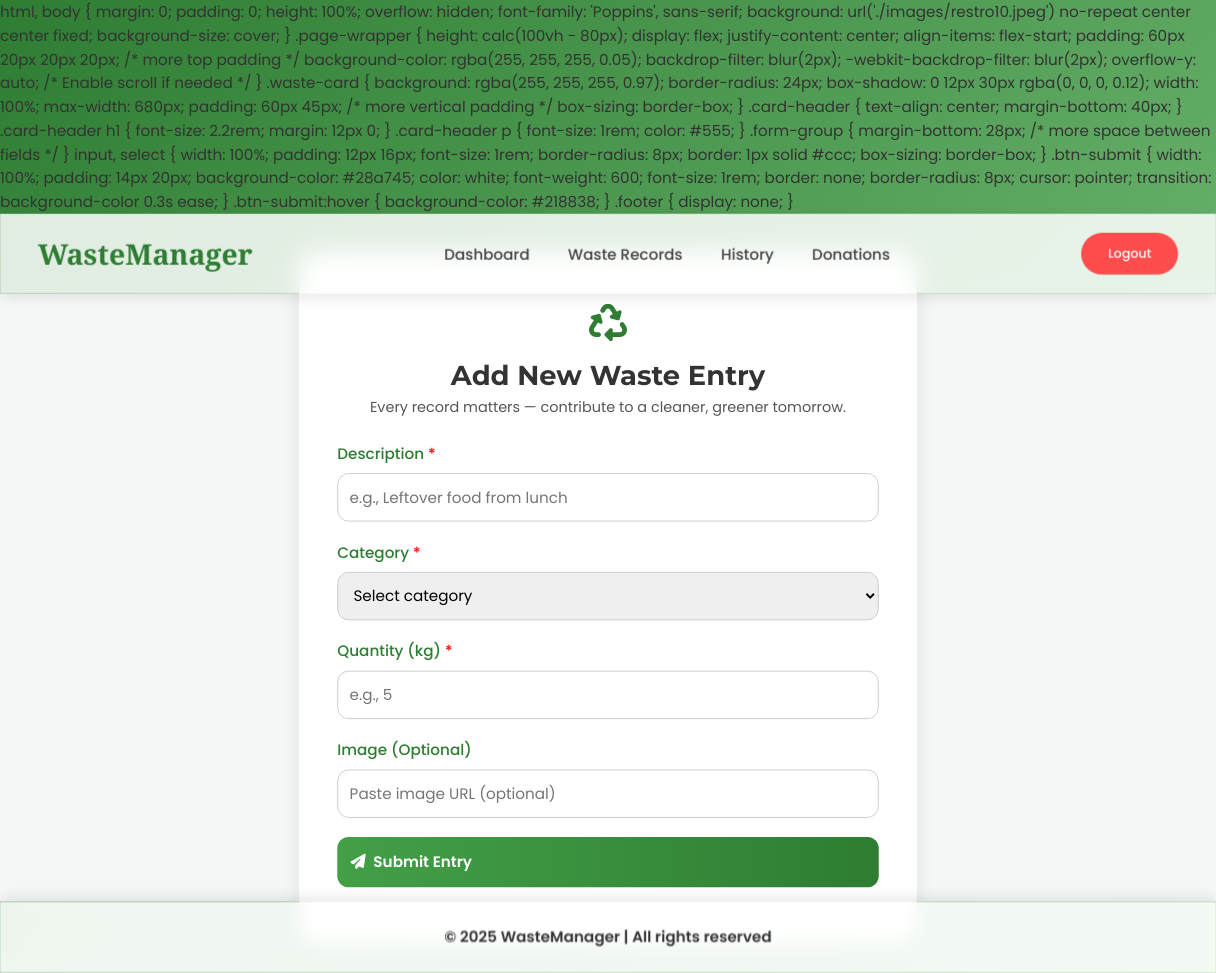
Repository: mahekagrawal25/restaurant-waste-management
Page: frontend/addwaste.html
An editor plug-in stored every save of this project. The page is shown before and after a run of saves, followed by the edit.
The browser window is 1280 px wide. The pictures show the whole page, at 95% of full size.
An inner scrolling area shows only its first screen.

Above is the page before, as saved 2025-04-07 11:59:59.

### frontend/addwaste.html
<!DOCTYPE html>
<html lang="en">
  <head>
    <meta charset="UTF-8" />
    <meta name="viewport" content="width=device-width, initial-scale=1.0" />
    <title>Add Waste - WasteManager</title>
    <link rel="stylesheet" href="style.css" />
    <script src="script.js" defer></script>
    <link
      rel="stylesheet"
      href="https://cdnjs.cloudflare.com/ajax/libs/font-awesome/6.4.0/css/all.min.css"
    />
    <link
      href="https://fonts.googleapis.com/css2?family=Poppins:wght@400;500;600&family=Montserrat:wght@700&display=swap"
      rel="stylesheet"
    />














    html, body {
  margin: 0;
  padding: 0;
  height: 100%;
  overflow: hidden;
  font-family: 'Poppins', sans-serif;
  background: url('./images/restro10.jpeg') no-repeat center center fixed;
  background-size: cover;
}

.page-wrapper {
  height: calc(100vh - 80px);
  display: flex;
  justify-content: center;
  align-items: flex-start;
  padding: 60px 20px 20px 20px; /* more top padding */
  background-color: rgba(255, 255, 255, 0.05);
  backdrop-filter: blur(2px);
  -webkit-backdrop-filter: blur(2px);
  overflow-y: auto; /* Enable scroll if needed */
}

.waste-card {
  background: rgba(255, 255, 255, 0.97);
  border-radius: 24px;
  box-shadow: 0 12px 30px rgba(0, 0, 0, 0.12);
  width: 100%;
  max-width: 680px;
  padding: 60px 45px; /* more vertical padding */
  box-sizing: border-box;
}

.card-header {
  text-align: center;
  margin-bottom: 40px;
}

.card-header h1 {
  font-size: 2.2rem;
  margin: 12px 0;
}

.card-header p {
  font-size: 1rem;
  color: #555;
}

.form-group {
  margin-bottom: 28px; /* more space between fields */
}

input, select {
  width: 100%;
  padding: 12px 16px;
  font-size: 1rem;
  border-radius: 8px;
  border: 1px solid #ccc;
  box-sizing: border-box;
}

.btn-submit {
  width: 100%;
  padding: 14px 20px;
  background-color: #28a745;
  color: white;
  font-weight: 600;
  font-size: 1rem;
  border: none;
  border-radius: 8px;
  cursor: pointer;
  transition: background-color 0.3s ease;
}

.btn-submit:hover {
  background-color: #218838;
}

.footer {
  display: none;
}
</style>




  </head>
  <body>
    <header class="navbar">
      <div class="nav-container">
        <div class="logo">WasteManager</div>
        <nav>
          <a href="dashboard.html">Dashboard</a>
          <a href="waste-records.html" class="active">Waste Records</a>
          <a href="history.html">History</a>
          <a href="donations.html">Donations</a>
        </nav>
        <button id="logoutBtn" class="btn-logout">Logout</button>
      </div>
    </header>

    <div class="page-wrapper">
      <div class="waste-card">
        <div class="card-header">
          <i class="fas fa-recycle"></i>
          <h1>Add New Waste Entry</h1>
          <p>
            Every record matters — contribute to a cleaner, greener tomorrow.
          </p>
        </div>

        <form id="addWasteForm" class="waste-form">
          <div class="form-group">
            <label for="description">Description <span>*</span></label>
            <input
              type="text"
              id="description"
              name="description"
              required
              placeholder="e.g., Leftover food from lunch"
            />
          </div>

          <div class="form-group">
            <label for="category">Category <span>*</span></label>
            <select id="category" name="category" required>
              <option value="">Select category</option>
              <option value="Plastic">Plastic</option>
              <option value="Food">Food</option>
              <option value="Cardboard">Cardboard</option>
              <option value="Glass">Glass</option>
              <option value="Other">Other</option>
            </select>
          </div>

          <div class="form-group">
            <label for="quantity">Quantity (kg) <span>*</span></label>
            <input
              type="number"
              id="quantity"
              name="quantity"
              min="1"
              required
              placeholder="e.g., 5"
            />
          </div>

          <div class="form-group">
            <label for="image_url">Image (Optional)</label>
            <input
              type="url"
              id="image_url"
              name="image_url"
              placeholder="Paste image URL (optional)"
            />
          </div>

          <button type="submit" class="btn-submit">
            <i class="fas fa-paper-plane"></i> Submit Entry
          </button>
        </form>
      </div>
    </div>

    <footer class="footer">
      <p>&copy; 2025 WasteManager | All rights reserved</p>
    </footer>
  </body>
</html>

### frontend/style.css
/* ✅ General Styles */
* {
  margin: 0;
  padding: 0;
  box-sizing: border-box;
  font-family: 'Poppins', sans-serif;
}

body {
  background: linear-gradient(135deg, #2e7d32, #81c784);
  color: #333;
  min-height: 100vh;
  display: flex;
  flex-direction: column;
}

/* ✅ Navigation Bar */
.navbar {
  background: rgba(255, 255, 255, 0.85);
  backdrop-filter: blur(12px);
  box-shadow: 0 4px 15px rgba(0, 0, 0, 0.1);
  padding: 20px 40px;
  position: sticky;
  top: 0;
  z-index: 1000;
}

.nav-container {
  display: flex;
  justify-content: space-between;
  align-items: center;
  max-width: 1300px;
  margin: 0 auto;
}

.navbar .logo {
  font-size: 30px;
  font-weight: bold;
  color: #2e7d32;
  font-family: 'Georgia', serif;
}

nav a {
  margin: 0 18px;
  text-decoration: none;
  color: #444;
  font-weight: 500;
  transition: color 0.3s, transform 0.3s;
}

nav a:hover {
  color: #2e7d32;
  transform: scale(1.1);
}

.btn-logout {
  background: #ff4c4c;
  color: #fff;
  border: none;
  padding: 12px 28px;
  border-radius: 30px;
  cursor: pointer;
  font-weight: 500;
  transition: background 0.3s, transform 0.3s;
}

.btn-logout:hover {
  background: #e03c3c;
  transform: scale(1.05);
}

/* ✅ Main Content */
.container {
  width: 90%;
  max-width: 1300px;
  margin: 50px auto;
  flex: 1;
}

/* ✅ Welcome Section */
.welcome-section {
  text-align: center;
  margin-bottom: 70px;
}

.welcome-section h1 {
  font-size: 48px;
  color: #fff;
  margin-bottom: 12px;
  font-weight: 700;
  font-family: 'Cambria', serif;
}

.welcome-section p {
  font-size: 20px;
  color: #f0f0f0;
  opacity: 0.9;
}

/* ✅ Quick Actions Grid */
.actions-grid {
  display: grid;
  grid-template-columns: repeat(auto-fit, minmax(280px, 1fr));
  gap: 35px;
  margin-bottom: 70px;
}

.action-card {
  background: rgba(255, 255, 255, 0.85);
  backdrop-filter: blur(12px);
  border-radius: 20px;
  box-shadow: 0 10px 25px rgba(0, 0, 0, 0.1);
  padding: 35px;
  text-align: center;
  transition: transform 0.4s, box-shadow 0.4s;
  cursor: pointer;
}

.action-card:hover {
  transform: translateY(-12px);
  box-shadow: 0 14px 30px rgba(0, 0, 0, 0.2);
}

.action-card i {
  font-size: 52px;
  color: #2e7d32;
  margin-bottom: 25px;
}

.action-card h3 {
  font-size: 26px;
  color: #333;
  margin-bottom: 12px;
  font-weight: 700;
}

.action-card p {
  font-size: 18px;
  color: #555;
  opacity: 0.85;
}

/* ✅ Recent Activities */
.recent-activities {
  background: rgba(255, 255, 255, 0.9);
  padding: 35px;
  border-radius: 20px;
  box-shadow: 0 10px 25px rgba(0, 0, 0, 0.1);
}

.recent-activities h2 {
  font-size: 30px;
  margin-bottom: 25px;
  font-weight: 700;
  color: #333;
}

.activities-container {
  max-height: 350px;
  overflow-y: auto;
  padding: 15px;
}

.activities-container p {
  font-size: 18px;
  color: #555;
  opacity: 0.9;
}

/* ✅ Footer */
.footer {
  background: rgba(255, 255, 255, 0.9);
  backdrop-filter: blur(10px);
  color: #333;
  text-align: center;
  padding: 25px;
  box-shadow: 0 -5px 15px rgba(0, 0, 0, 0.1);
  font-weight: 600;
  font-size: 16px;
}





/* Activities Table Styles */
.activities-table-container {
  overflow-x: auto;
  margin-top: 1rem;
  background: white;
  border-radius: 8px;
  box-shadow: 0 2px 10px rgba(0,0,0,0.1);
  padding: 1rem;
}

#activitiesTable {
  width: 100%;
  border-collapse: collapse;
}

#activitiesTable th, #activitiesTable td {
  padding: 12px 15px;
  text-align: left;
  border-bottom: 1px solid #e0e0e0;
}

#activitiesTable th {
  background-color: #f5f5f5;
  font-weight: 600;
}

#activitiesTable tr:hover {
  background-color: #f9f9f9;
}

.btn-view-all {
  display: block;
  margin: 1rem auto 0;
  padding: 8px 16px;
  background: #4CAF50;
  color: white;
  border: none;
  border-radius: 4px;
  cursor: pointer;
}

.btn-view-all:hover {
  background: #45a049;
}




/* Activities Table Styles */
.activities-table-container {
  overflow-x: auto;
  margin-top: 1rem;
  background: white;
  border-radius: 8px;
  box-shadow: 0 2px 10px rgba(0,0,0,0.1);
  padding: 1rem;
}

#activitiesTable {
  width: 100%;
  border-collapse: collapse;
  font-size: 0.9rem;
}

#activitiesTable th {
  background-color: #f8f9fa;
  padding: 12px 15px;
  text-align: left;
  font-weight: 600;
}

#activitiesTable td {
  padding: 10px 15px;
  border-bottom: 1px solid #e9ecef;
}

.loading, .error {
  text-align: center;
  padding: 20px;
}

.loading {
  color: #6c757d;
}

.error {
  color: #dc3545;
}













.page-header {
  text-align: center;
  margin-top: 40px;
}

.page-header h1 {
  font-family: 'Montserrat', sans-serif;
  font-size: 2rem;
  color: #2e7d32;
}

.page-header p {
  font-size: 1rem;
  color: #555;
  margin-top: 8px;
}

.form-section {
  max-width: 600px;
  margin: 30px auto;
  background: #f9fff9;
  padding: 30px;
  border-radius: 16px;
  box-shadow: 0 6px 18px rgba(0, 0, 0, 0.06);
}

.waste-form .form-group {
  margin-bottom: 20px;
}

.waste-form label {
  display: block;
  font-weight: 500;
  margin-bottom: 8px;
}

.waste-form label span {
  color: red;
}

.waste-form input,
.waste-form select {
  width: 100%;
  padding: 12px 14px;
  font-size: 1rem;
  border: 1px solid #ccc;
  border-radius: 12px;
  outline: none;
  transition: border 0.3s ease;
}

.waste-form input:focus,
.waste-form select:focus {
  border-color: #4caf50;
}

.btn-submit {
  background-color: #4caf50;
  color: #fff;
  padding: 12px 20px;
  border: none;
  border-radius: 12px;
  cursor: pointer;
  font-weight: 600;
  font-size: 1rem;
  transition: background-color 0.3s ease;
  display: flex;
  align-items: center;
  gap: 8px;
}

.btn-submit:hover {
  background-color: #388e3c;
}




/* Hero Section */
.hero-header {
  background: linear-gradient(to right, #43a047, #2e7d32);
  color: white;
  padding: 60px 20px 40px;
  text-align: center;
  border-bottom-left-radius: 40px;
  border-bottom-right-radius: 40px;
  box-shadow: 0 8px 20px rgba(0, 0, 0, 0.1);
}

.hero-content i {
  font-size: 3rem;
  margin-bottom: 10px;
  animation: bounce 1s ease-in-out infinite alternate;
}

.hero-content h1 {
  font-family: 'Montserrat', sans-serif;
  font-size: 2.5rem;
  margin: 0;
}

.hero-content p {
  font-size: 1.1rem;
  margin-top: 10px;
  color: #e0f2f1;
}

/* Animation for Icon */
@keyframes bounce {
  0% { transform: translateY(0); }
  100% { transform: translateY(-5px); }
}


/* Make entire page fit on screen */
.page-wrapper {
  display: flex;
  justify-content: center;
  align-items: center;
  height: calc(100vh - 80px); /* Adjust for header/footer */
  padding: 20px;
  background-color: #f4f7f6;
}

/* Unified Card */
.waste-card {
  background: rgba(255, 255, 255, 0.98);
  border-radius: 20px;
  box-shadow: 0 8px 24px rgba(0, 0, 0, 0.08);
  width: 100%;
  max-width: 650px;

  /* Updated padding */
  padding: 60px 40px;
  box-sizing: border-box;
}

/* Header Inside Card */
.card-header {
  text-align: center;
  margin-bottom: 25px;
}

.card-header i {
  font-size: 2.5rem;
  color: #2e7d32;
  animation: bounce 1s infinite alternate;
}

.card-header h1 {
  margin: 10px 0 5px;
  font-family: 'Montserrat', sans-serif;
  font-size: 1.8rem;
}

.card-header p {
  font-size: 0.95rem;
  color: #555;
}

/* Form Fields */
.waste-form .form-group {
  margin-bottom: 20px;
}

.waste-form label {
  display: block;
  margin-bottom: 8px;
  font-weight: 500;
  color: #2e7d32;
}

.waste-form input,
.waste-form select {
  width: 100%;
  padding: 12px;
  border: 1px solid #ccc;
  border-radius: 12px;
  font-size: 1rem;
  transition: border 0.3s ease;
}

.waste-form input:focus,
.waste-form select:focus {
  border-color: #2e7d32;
  outline: none;
}

/* Submit Button */
.btn-submit {
  width: 100%;
  background: linear-gradient(to right, #43a047, #2e7d32);
  color: white;
  padding: 14px;
  font-size: 1rem;
  border: none;
  border-radius: 12px;
  cursor: pointer;
  transition: background 0.3s ease;
}

.btn-submit:hover {
  background: linear-gradient(to right, #388e3c, #1b5e20);
}

/* Icon Animation */
@keyframes bounce {
  0% { transform: translateY(0); }
  100% { transform: translateY(-5px); }
}

### frontend/script.js
// 🌟 DOMContentLoaded event
document.addEventListener("DOMContentLoaded", () => {
  const token = localStorage.getItem("token");
  const userName = localStorage.getItem("username") || "User";
  const isDashboard = window.location.pathname.includes("dashboard.html");
  const isLogin = window.location.pathname.includes("index.html");

  // ✅ Display username dynamically
  const userNameElement = document.getElementById("userName");
  if (userNameElement) userNameElement.textContent = userName;

  // ✅ Redirect logic based on token
  handleRedirection(token, isDashboard, isLogin);

  // ✅ Load dashboard data if logged in
  if (isDashboard && token) {
    loadDashboardData(token);
  }
});

// 🚀 Reusable redirection handler
function handleRedirection(token, isDashboard, isLogin) {
  if (!token && isDashboard) {
    console.log("No token, redirecting to login...");
    window.location.href = "index.html";
  } else if (token && isLogin) {
    console.log("User already logged in, redirecting to dashboard...");
    window.location.href = "dashboard.html";
  }
}

// 🔥 Load dashboard data with error handling
async function loadDashboardData(token) {
  const activitiesTableBody = document.getElementById("activitiesTableBody");

  if (!activitiesTableBody) {
    console.error("Error: Couldn't find the activities table");
    return;
  }

  try {
    // Show loading state
    activitiesTableBody.innerHTML = `
      <tr>
        <td colspan="5" class="loading">Loading activities...</td>
      </tr>
    `;

    // Fetch combined activities
    const response = await fetch("http://localhost:5000/api/auth/dashboard/activities", {
      method: "GET",
      headers: { Authorization: `Bearer ${token}` }
    });

    if (!response.ok) throw new Error(`HTTP error! status: ${response.status}`);

    const activities = await response.json();

    // Clear loading state
    activitiesTableBody.innerHTML = "";

    // Process and display activities
    if (activities.length === 0) {
      activitiesTableBody.innerHTML = `
        <tr>
          <td colspan="5">No recent activities found</td>
        </tr>
      `;
      return;
    }

    activities.forEach(activity => {
      const row = document.createElement("tr");

      // Common fields
      const date = new Date(activity.created_at).toLocaleDateString();

      // Type-specific rendering
      if (activity.type === 'waste') {
        row.innerHTML = `
          <td>🗑️ Waste</td>
          <td>${activity.description}</td>
          <td>${activity.category}</td>
          <td>${activity.quantity} ${activity.category === 'Food' ? 'kg' : 'units'}</td>
          <td>${date}</td>
        `;
      }
      else if (activity.type === 'donation') {
        row.innerHTML = `
          <td>♻️ Donation</td>
          <td>${activity.description}</td>
          <td>Donor: ${activity.donor_name}</td>
          <td>${activity.quantity} items</td>
          <td>${date}</td>
        `;
      }
      else if (activity.type === 'collection') {
        row.innerHTML = `
          <td>🚛 Collection</td>
          <td>${activity.description}</td>
          <td>${activity.status}</td>
          <td>-</td>
          <td>${new Date(activity.pickup_date).toLocaleDateString()}</td>
        `;
      }

      activitiesTableBody.appendChild(row);
    });

  } catch (error) {
    console.error("Error loading activities:", error);
    activitiesTableBody.innerHTML = `
      <tr>
        <td colspan="5" class="error">Failed to load activities. Please try again.</td>
      </tr>
    `;
  }
}
// 🌟 Login form submission
document.getElementById("loginForm")?.addEventListener("submit", async (event) => {
  event.preventDefault();

  const email = document.getElementById("email").value;
  const password = document.getElementById("password").value;
  const message = document.getElementById("message");

  try {
    const response = await fetch("http://localhost:5000/api/auth/login", {
      method: "POST",
      headers: { "Content-Type": "application/json" },
      body: JSON.stringify({ email, password })
    });

    const data = await response.json();

    if (response.ok) {
      localStorage.setItem("token", data.token);
      localStorage.setItem("username", data.username);

      message.textContent = "Login successful! Redirecting...";
      message.classList.remove("text-red-500");
      message.classList.add("text-green-500");

      setTimeout(() => {
        window.location.href = "dashboard.html";
      }, 1500);
    } else {
      message.textContent = data.message || "Invalid credentials.";
      message.classList.add("text-red-500");
    }
  } catch (error) {
    console.error("Server error:", error);
    message.textContent = "Server error. Please try again later.";
    message.classList.add("text-red-500");
  }
});

// 🚀 Logout handler
document.getElementById("logoutBtn")?.addEventListener("click", logoutUser);

function logoutUser() {
  localStorage.removeItem("token");
  localStorage.removeItem("username");
  window.location.href = "index.html";
}

// ✅ Signup form submission
document.getElementById("signupForm")?.addEventListener("submit", async (event) => {
  event.preventDefault();

  const username = document.getElementById("username").value.trim();
  const email = document.getElementById("email").value.trim();
  const password = document.getElementById("password").value.trim();
  const message = document.getElementById("signupMessage");

  // ✅ Basic validation
  if (!username || !email || !password) {
    message.textContent = "All fields are required.";
    message.classList.add("text-red-500");
    return;
  }

  try {
    const response = await fetch("http://localhost:5000/api/auth/signup", {
      method: "POST",
      headers: { "Content-Type": "application/json" },
      body: JSON.stringify({ username, email, password }),
    });

    const data = await response.json();

    if (response.ok) {
      message.textContent = "Signup successful! Redirecting to login...";
      message.classList.remove("text-red-500");
      message.classList.add("text-green-500");

      setTimeout(() => {
        window.location.href = "index.html";
      }, 1500);
    } else {
      message.textContent = data.message || "Signup failed. Please try again.";
      message.classList.add("text-red-500");
    }
  } catch (error) {
    console.error("Server error:", error);
    message.textContent = "Server error. Please try again later.";
    message.classList.add("text-red-500");
  }
});

After the next 2 saves:
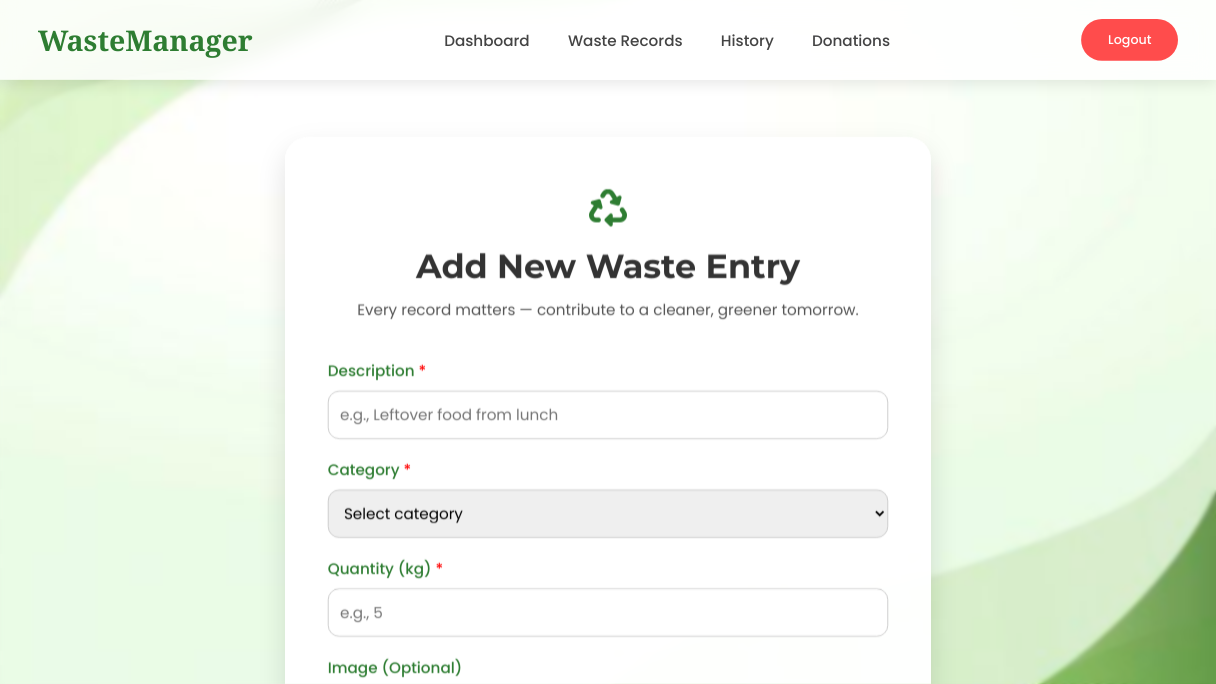
The 2 saves are shown as one change because they came seconds apart.
The last was saved 13 s later.
--- a/frontend/addwaste.html
+++ b/frontend/addwaste.html
@@ -26,7 +26,7 @@
 
 
 
-
+<style>
 
     html, body {
   margin: 0;
